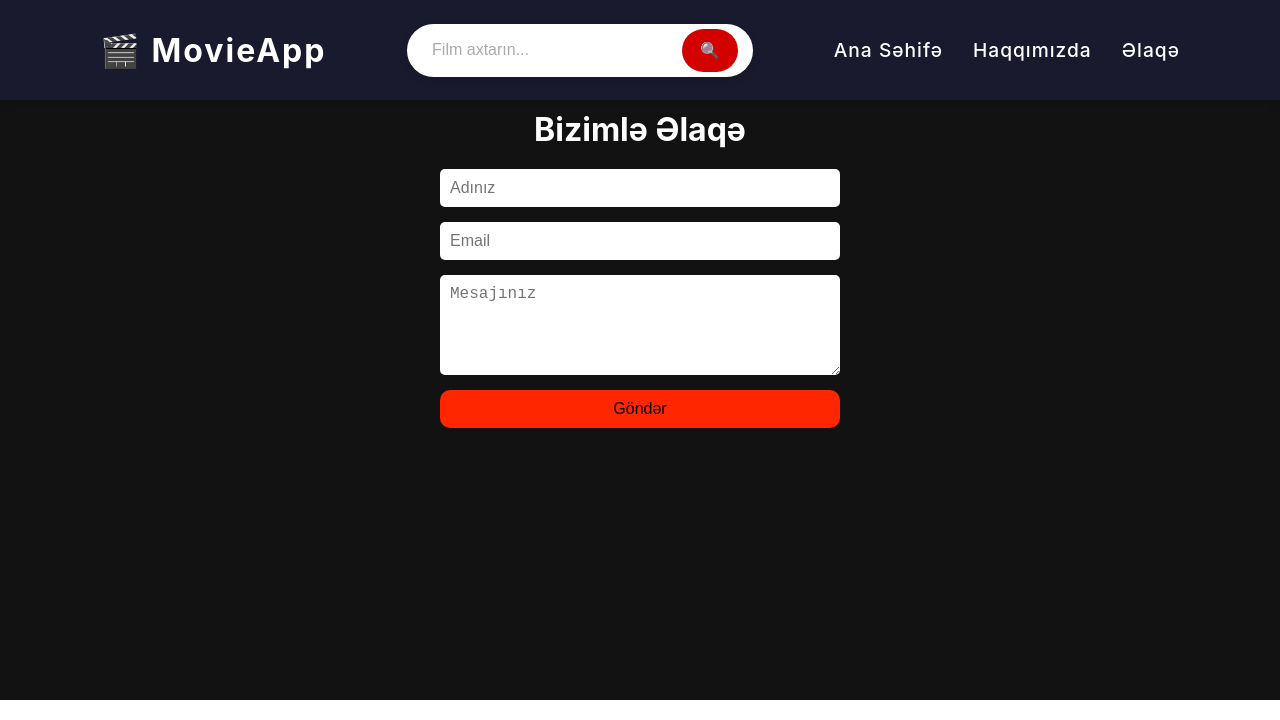
Repository: Zulfiyya077/InternIntelligence_MovieWebsite
Page: /contact
An editor plug-in stored every save of this project. The page is shown before and after the next save, followed by the edit.
The browser window is 1280 px wide. The pictures show the whole page.
The project was rebuilt for these pictures with package versions that can differ from the ones it lists, and the page was loaded fresh each time. Also part of the build but not shown: vite.config.js, src/services/MovieService.jsx, src/components/MovieCard.module.css, src/components/MovieCard.jsx, src/pages/Home.module.css, src/pages/Home.jsx, src/pages/MovieDetailsPage.module.css, src/pages/MovieDetailsPage.jsx and 4 more.

Above is the page before, as saved 2025-02-24 02:26:13.

After the next save:
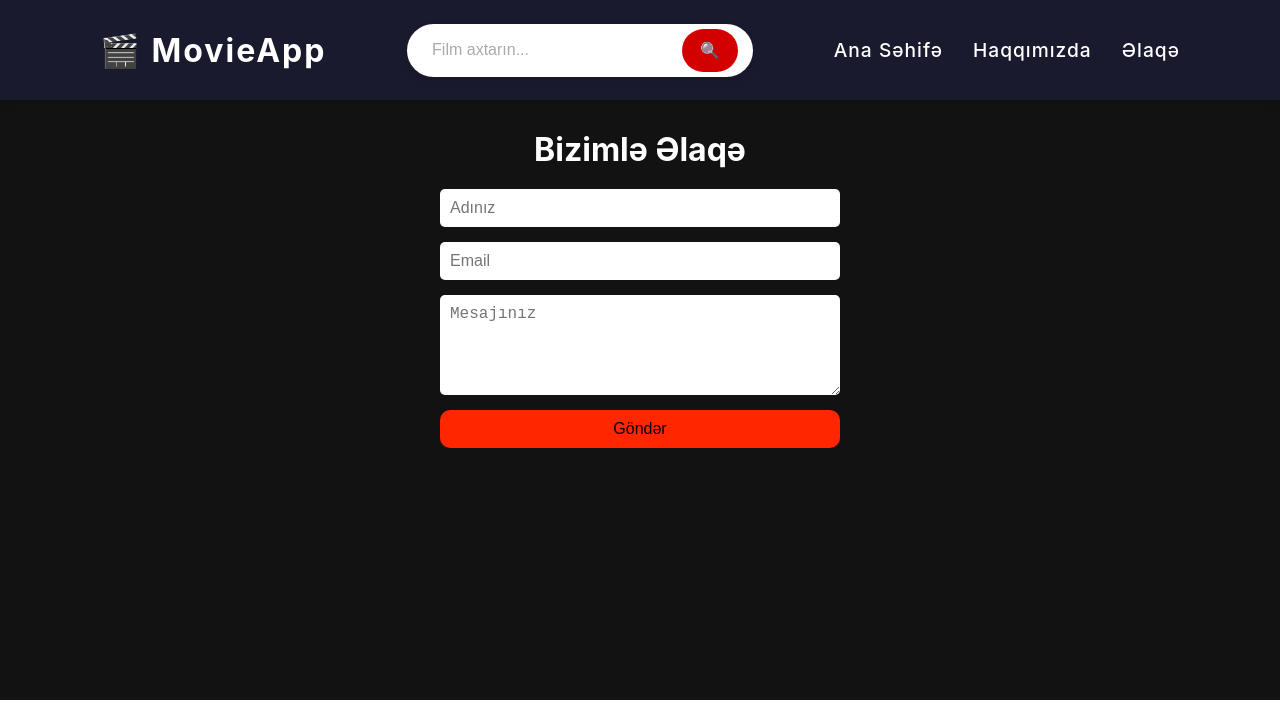
Saved 26 s later.
--- a/src/pages/Contact.module.css
+++ b/src/pages/Contact.module.css
@@ -1,6 +1,6 @@
 .contact {
     text-align: center;
-    padding: 10px;
+    padding: 30px;
     color: white;
     background-color: #121212;
     height: calc(100vh - 120px);
